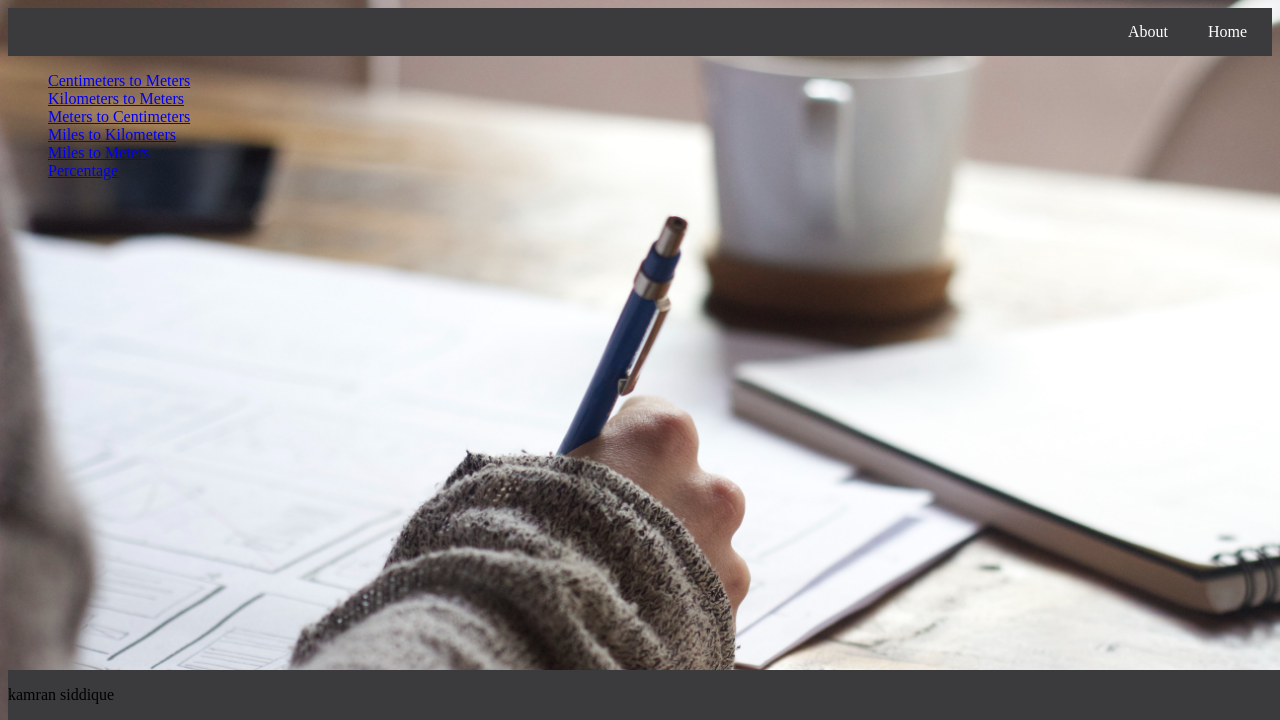
Repository: Kamrangujjar85112/Length-Converter
Page: html/home.html
An editor plug-in stored every save of this project. The page is shown before and after the next save, followed by the edit.
The browser window is 1280 px wide. The pictures show the whole page.

Above is the page before, as saved 2022-01-21 04:04:22.

After the next save:
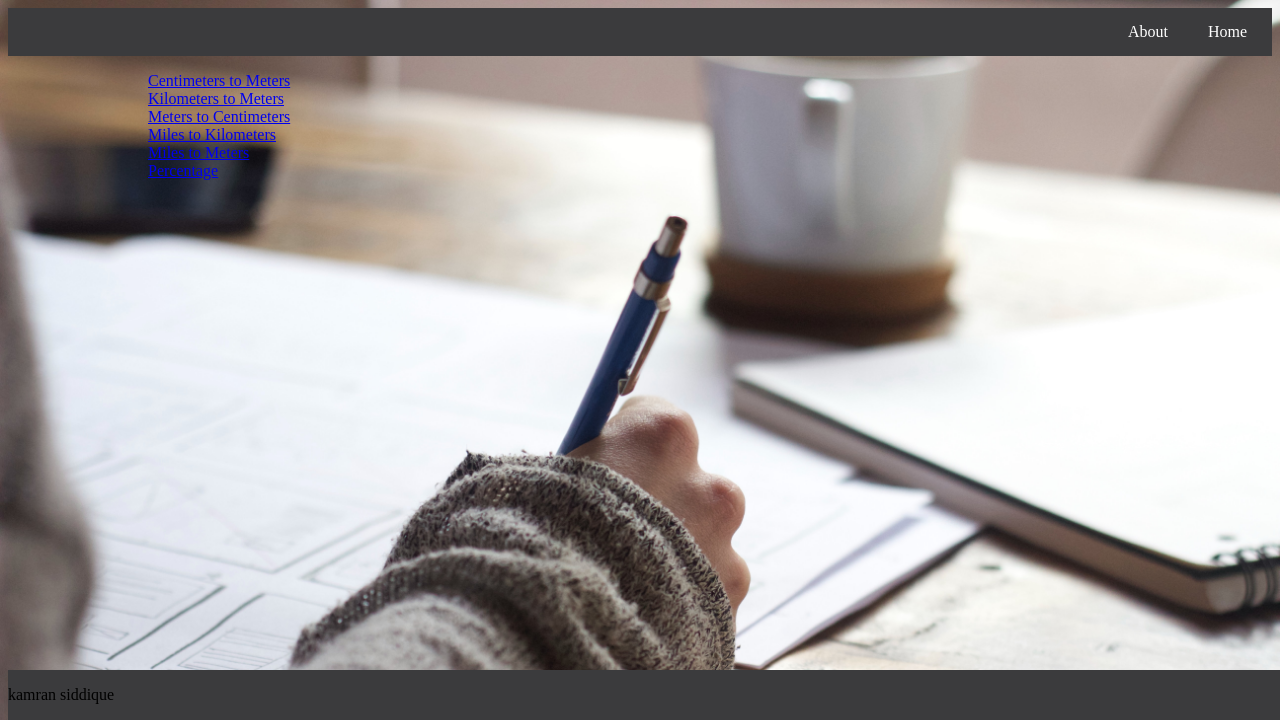
Saved 33 s later.
--- a/css/style.css
+++ b/css/style.css
@@ -35,6 +35,7 @@
     list-style: none;
 }
 .link a{
+    padding-left: 100px;
     align-items: center;
 }
 .link a:hover {

After the save that followed:
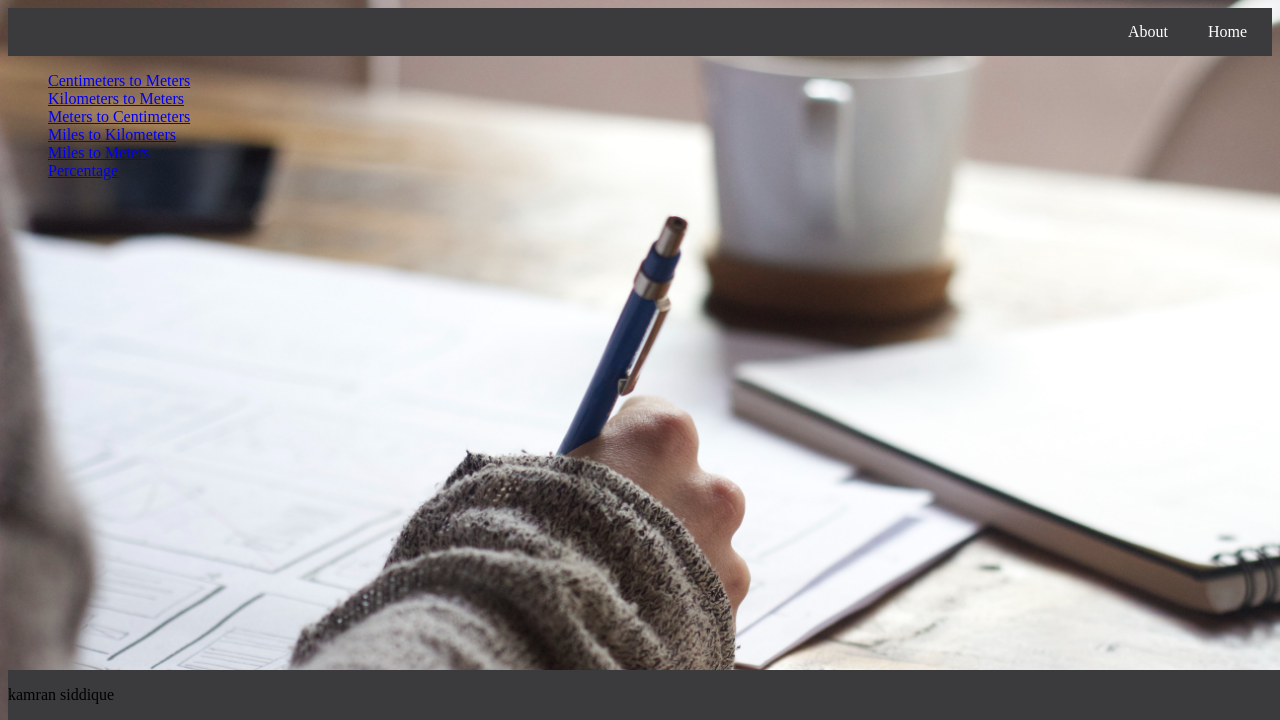
Saved 21 s later.
--- a/css/style.css
+++ b/css/style.css
@@ -35,7 +35,7 @@
     list-style: none;
 }
 .link a{
-    padding-left: 100px;
+    width: 100%;
     align-items: center;
 }
 .link a:hover {
